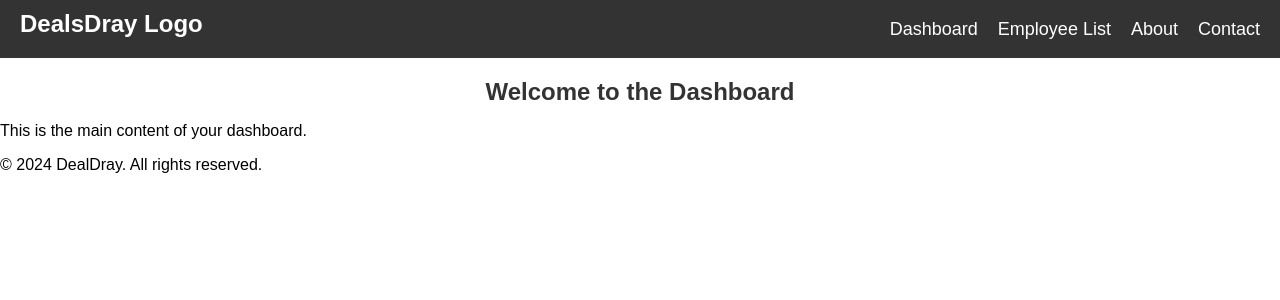
Repository: Mahanandapadavale123/dealsdray
Page: /dashboard (app in frontend/)
An editor plug-in stored every save of this project. The page is shown before and after the next save, followed by the edit.
The browser window is 1280 px wide. The pictures show the whole page.
The page's requests for data from a server got no answer. The project was rebuilt for these pictures with package versions that can differ from the ones it lists, and the page was loaded fresh each time. No one was signed in, and anything a server would have sent is missing. Also part of the build but not shown: frontend/src/views/login.jsx.

Above is the page before, as saved 2024-09-19 13:41:47.

After the next save:
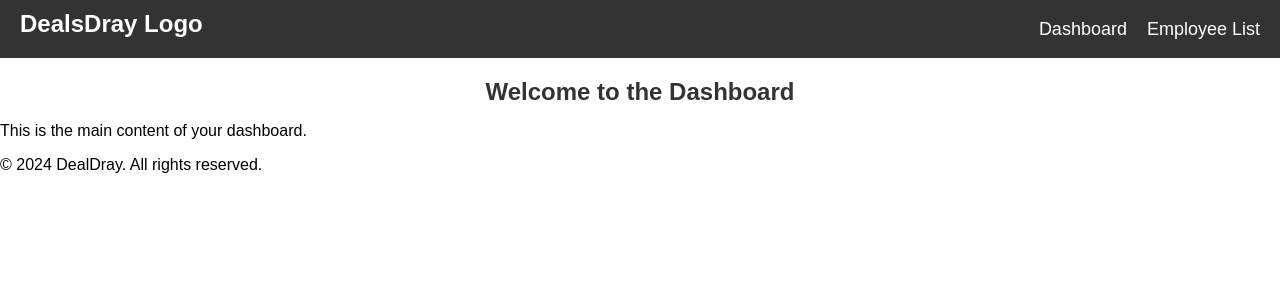
Saved 5 s later.
--- a/frontend/src/views/layout/header.jsx
+++ b/frontend/src/views/layout/header.jsx
@@ -9,8 +9,6 @@ const Header = () => {
             <ul class="nav-links">
             <li><a href="/dashboard">Dashboard</a></li>
             <li><a href="/employee-list">Employee List</a></li>
-            <li><a href="/about">About</a></li>
-            <li><a href="/contact">Contact</a></li>
             </ul>
         </nav>
     </header>
